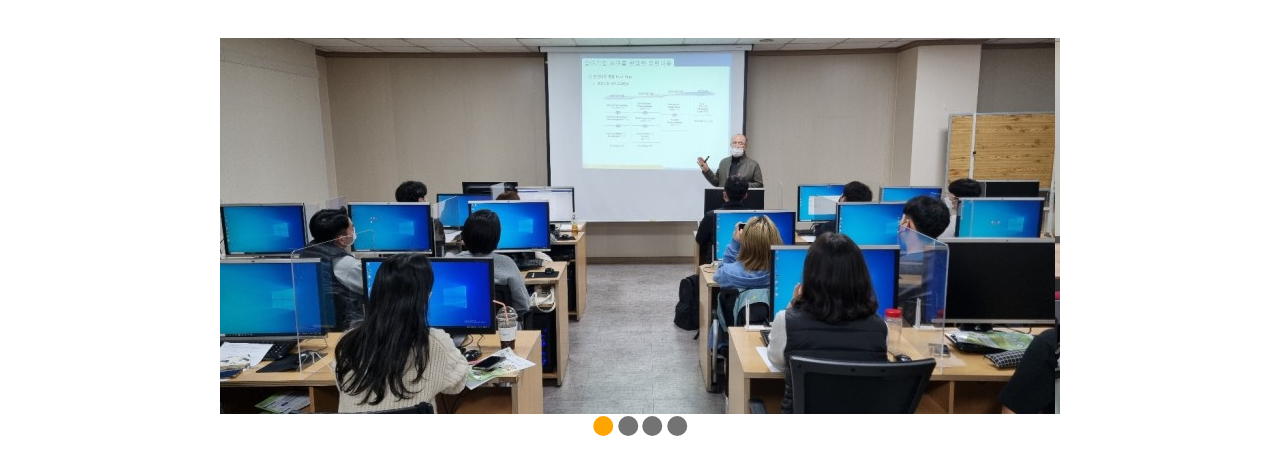
Repository: JavaJin96/kr.or.ddit.HighJava
Page: http://localhost/TeamProjectDCUM/work_kmk/iframe_kmk/slider.jsp
An editor plug-in stored every save of this project. The page is shown before and after the next save, followed by the edit.
The browser window is 1280 px wide. The pictures show the whole page.
The page is served by Tomcat 9.

Above is the page before, as saved 2022-02-16 01:11:30.

After the next save:
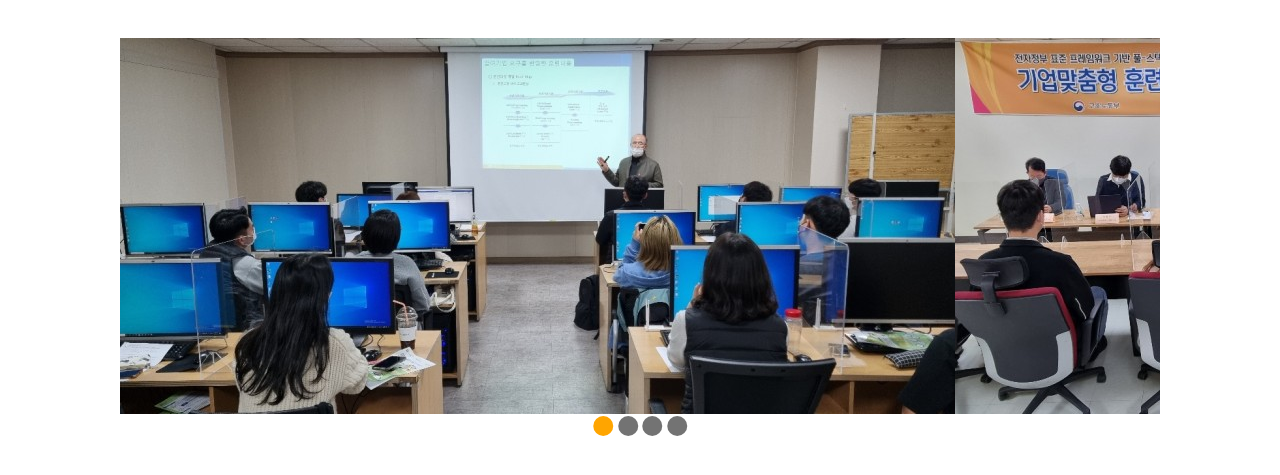
Saved 8 s later.
--- a/3.Highjava/workspace/TeamProjectDCUM/WebContent/work_kmk/iframe_kmk/slider.jsp
+++ b/3.Highjava/workspace/TeamProjectDCUM/WebContent/work_kmk/iframe_kmk/slider.jsp
@@ -13,7 +13,7 @@
 <style>
 /*---------------------- 슬라이드 ----------------------------*/
 .slider{
-    width: 840px;
+    width: 1040px;
     height: 400px;
     position: relative;
     margin: 3% auto;
